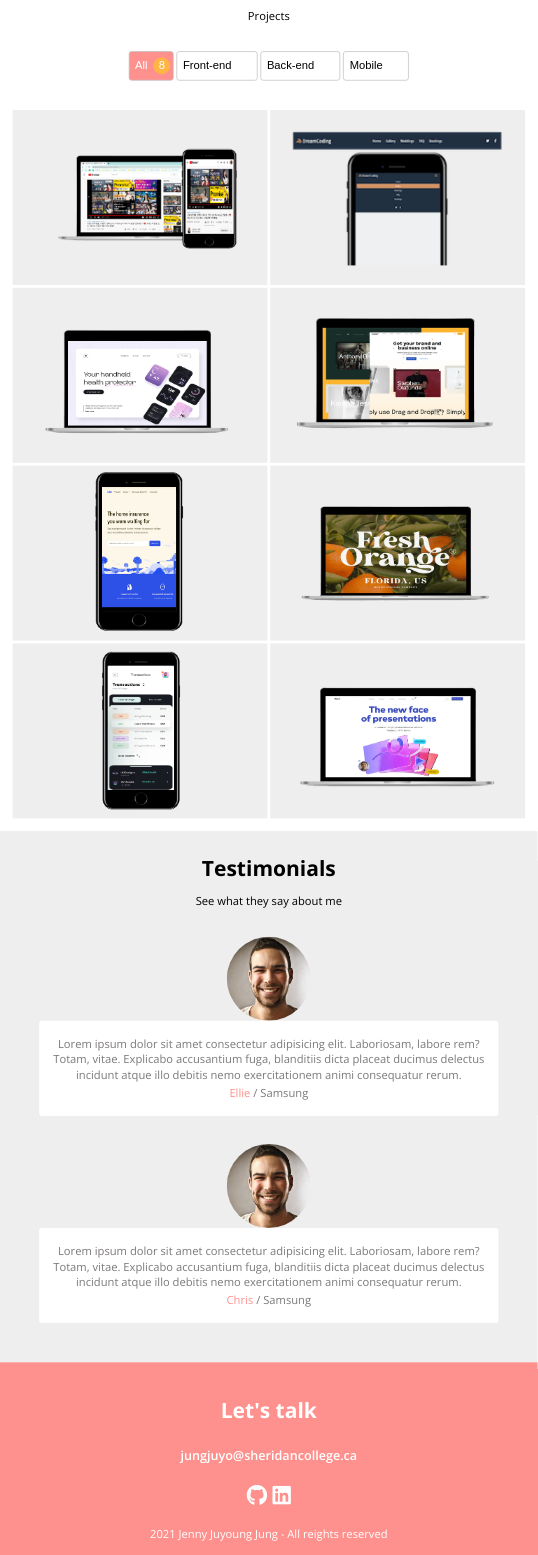
Repository: jennyjjung/portfolio.v0
Page: index.html
The author's editor kept a copy of each file at every save. The page is drawn from the files as they stood at one save, then again after the next save.
The browser window is 768 px wide. The pictures show the part of the page from y = 2763 to 5003 px (the page is 4985 px tall before and 5003 px after), at 70% of full size.
Some web libraries are served in a nearby version.

Above is the page before, as saved 2022-02-28 12:11:29.

After the next save:
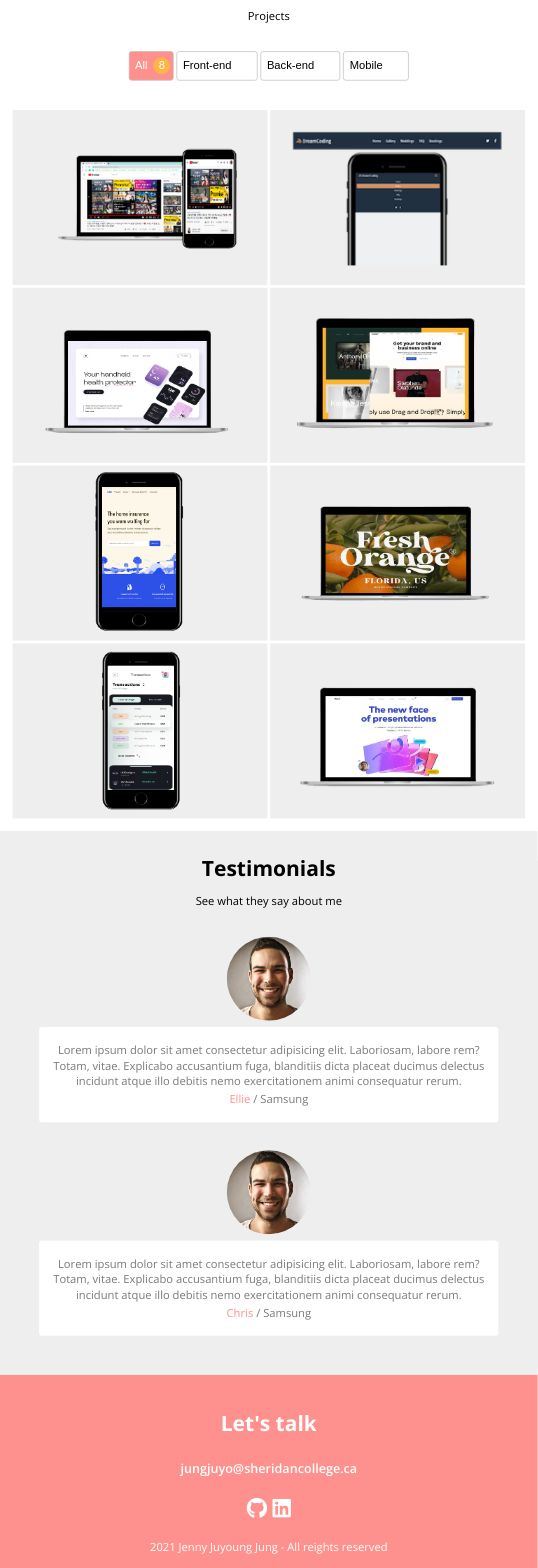
Saved 51 s later.
--- a/style.css
+++ b/style.css
@@ -578,12 +578,12 @@ p {
   .testimonial__avatar {
     width: 120px;
     height: 120px;
-    margin-bottom: 20px;
   }
 
   .testimonial__avatar:nth-child(odd),
   .testimonial__avatar:nth-child(even) {
     margin: 0;
+    margin-bottom: 9px;
   }
 
   .testimonial__speech-bubble {
